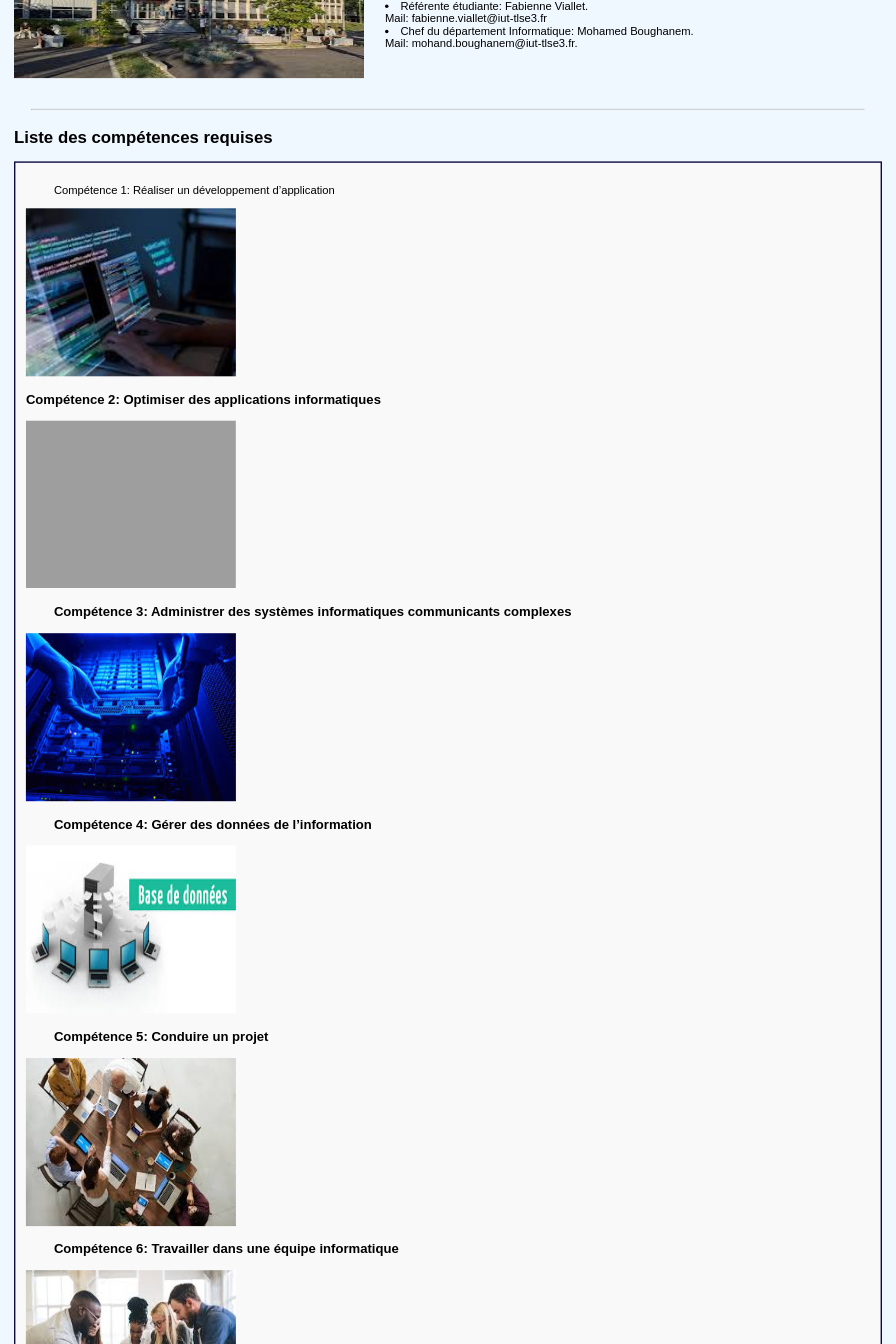
Repository: s0yManar/projet-web-R102
Page: MON.PROJET.HTML&CSS/page.accueil.html
An editor plug-in stored every save of this project. The page is shown before and after a run of saves, followed by the edit.
The browser window is 1280 px wide. The pictures show the part of the page from y = 611 to 2531 px (the page is 3026 px tall before and 3044 px after), at 70% of full size.
Pictures or frames that could not be fetched are drawn as grey boxes.

Above is the page before, as saved 2025-11-26 20:20:25.

### MON.PROJET.HTML&CSS/page.accueil.html
<!DOCTYPE html>
<html lang= "fr">


<head>
    <meta charset="UTF-8">
    <meta name = "viewport" content="width=device-witch, initial-scale=1.0">
    <link rel="stylesheet" href="page-accueil.css">
    <title> Accueil</title>
</head>

<body>
    <header id="header">
        <img src="logo-université.jpg" alt="Université de Toulouse" width="100" height="50">
        <img src="logo-IUT.jpg" alt="Logo de l'IUT de Toulouse" width="80" height="50">
        <img src="logo-but.jpg" alt="logo du BUT" width="50" height="50">
    </header>

    <!--  section reservée à la Historique du BUT: une image sur le BUT à gauche
      et du texte conçu sur le BUT avec un lien vers une source wikipédia  -->

      <div id="descriptif_BUT">
        <div id="descriptif_BUT_img">
            <img src="illustratif.jpg" alt="Image diplome BUT" width="400" height="300">
         </div>

        <h2>  Descriptif général de la formation BUT  </h2>
        <p>Le "bachelor universitaire de technologie" (BUT) est un diplôme de licence professionnelle porté exclusivement par les instituts universitaires de technologie (IUT), sanctionnant une formation organisée en 180 ECTS et conférant le grade de licence. La formation joue aussi un rôle essentiel dans l’adaptation aux transformations futures des métiers : elle permet d’anticiper les évolutions du marché du travail, de développer sa carrière et de répondre à ses propres besoins de qualification. Elle s’inscrit dans une logique d’apprentissage tout au long de la vie, favorisant ainsi l’amélioration continue des compétences. <a href= "https://fr.wikipedia.org/wiki/Bachelor_universitaire_de_technologie"  title="Lien de documentation sur le BUT WIkipédia"> Plus d'informations sur le BUT </a></p>
    </div>

    <hr>

    <section id="article2">
        <!-- section réservée à l'IUT Informatique TR avec photo (quand souris passe, zoom) à gauche,
        du texte à droite et en dessous une LISTE de contact-->
       <div class="contenu_img2">
        <img src="photoIUT.jpg" alt="Photographie de l'IUT site de Rangueil" width="500" height="250" >
        </div>

        <div class="article2.texte">
         <p>L'IUT Informatique Toulouse Rangueil se situe au 133b avenue de Rangueil  </p>
            <h2> Contacts - Service scolarité : </h2>
                <li> Secrétaire: Sabine BESSOU administration. Tél: 05 62 25 87 61 / 05 62 25 87 64
                    <br>
                Mail: sabine.bessou@iut-tlse3.fr </li>
                <li> Référente étudiante: Fabienne Viallet.<br>  Mail:  fabienne.viallet@iut-tlse3.fr
 </li>
                <li> Chef du département Informatique: Mohamed Boughanem. <br>  Mail: mohand.boughanem@iut-tlse3.fr. </li>

     </div>

    </section>

<hr>

    <!--section pour une liste des compétences, contenant une liste de blocs de compétences avec chcunes d'elles illustrées par une image, liste des compétences fondamentales, les blocs doivent être encadrés -->

    <h2> Liste des compétences requises</h2>
<div class="bloc_competences">

     <ol>Compétence 1: Réaliser un développement d’application </ol>
        <img src="compétence1.jpg" alt="Illustration fictive de développement Informatique" width="300" height="240" >



    <h3>  Compétence 2: Optimiser des applications informatiques </h3>
    <img src="compétence2.jpg" alt="Illustration fictive d'optimisation" width="300" height="240">


     <h3> <ol> Compétence 3: Administrer des systèmes informatiques communicants complexes </ol> </h3>
    <img src= "compétence3.jpg" alt="Illustration fictive d'administration systèmes" width="300" height="240" >


     <h3>  <ol> Compétence 4: Gérer des données de l’information </ol>  </h3>
    <img src="compétence_basesdedonnées.jpg" alt=" Illustration fictive de conception de base de données" width="300" height="240">


     <h3> <ol> Compétence 5: Conduire un projet</ol></h3>
    <img src="gestionprojet_jpg.jpg" alt="Illustration fictive" width="300" height="240">


   <h3><ol> Compétence 6: Travailler dans une équipe informatique</ol>
   </h3>
    <img src="collaboration.jpg" alt="Illustration fictive " width="300" height="240" >

</div>



<hr>

<div id="restocrous" content="la vie étudiante" >

     <a href="https://iut.univ-tlse3.fr/des-points-de-restauration-du-crous-dans-vos-campus" title="Portail vers des informations de restauration autour de l'IUT" >
    <img class="affichage_img" src="restocrous.jpg" alt="Photo d'un restaurant universitaire" width="300" height="250" >
    </a>

    <h2> Se restaurer sur le campus de l'IUT de Rangueil ... </h2>
     <p>Quam ob rem vita quidem talis fuit vel fortuna vel gloria, ut nihil posset accedere, moriendi autem sensum celeritas abstulit; quo de genere mortis difficile dictu est; quid homines suspicentur, videtis; hoc vere tamen licet dicere,
 P. Scipioni ex multis diebus, quos in vita celeberrimos.
  Nullam fusce basilico turpis, pretium fusce lasagna justo varius. Aenean espresso ligula elit, sagittis fusce focaccia velit tristique.

    Proin fusce cucina orci, aliquet fusce gelato diam. Donec sapore purus, mattis fusce prosciutto orci imperdiet. Mauris fusce calamari risus, dictum fusce bruschetta lacus fermentum.</p>

</div>



</html>

### MON.PROJET.HTML&CSS/page-accueil.css
/* Style général */
body {
    font-family: Arial, Helvetica, sans-serif;
    margin: 20px;
    background-color: aliceblue;

}

#header {
    display: flex;
    align-items: flex-start;
    gap: 30px;
    padding: 10px;
    border-bottom: 2px solid #bfbfbf;
    background-color: darkblue;
}


/* IMAGE DU BUT À DROITE DANS LA SECTION DESCRIPTIF */
#descriptif_BUT {
    display: flex;
    align-items: center;
    gap: 30px;
    margin-top: 25px;
    margin-bottom: 10px;
}

#descriptif_BUT_img {
    margin-left: 20px;
}

hr {
    margin: 25px ;
    color:darkslategray
}

@media (max-width: 800px) {
    #article2 {
        flex-direction: column;  /* image au-dessus, texte en dessous */
        align-items: center;
        text-align: center;
    }

    .article2.texte{
        max-width: 90%;
    }
}
#article2{
    display: flex;
    align-items: flex-start;
    gap: 30px;
    margin-bottom: 40px;
}

.article2.texte{
    max-width: 500px;
}

.contenu_img2:hover{
transition: transform 0.35s ease;
transform: scale(1.12);
overflow: hidden;
border-radius: 10px;
object-fit: cover;
padding: 30px;

 }



.bloc_competences {
    border: 2px solid #0d0b41;
    background-color: #f9f9f9;
    padding: 15px;
}

/* Image cliquable de la vie étudiante */
.affichage_img {
    display: flex;
    margin-top: 15px;
    border: 1px solid #cfcfcf;
}



#restocrous {
    display: flex;
    align-items: center;
    gap: 15px;
}

After the next 4 saves:
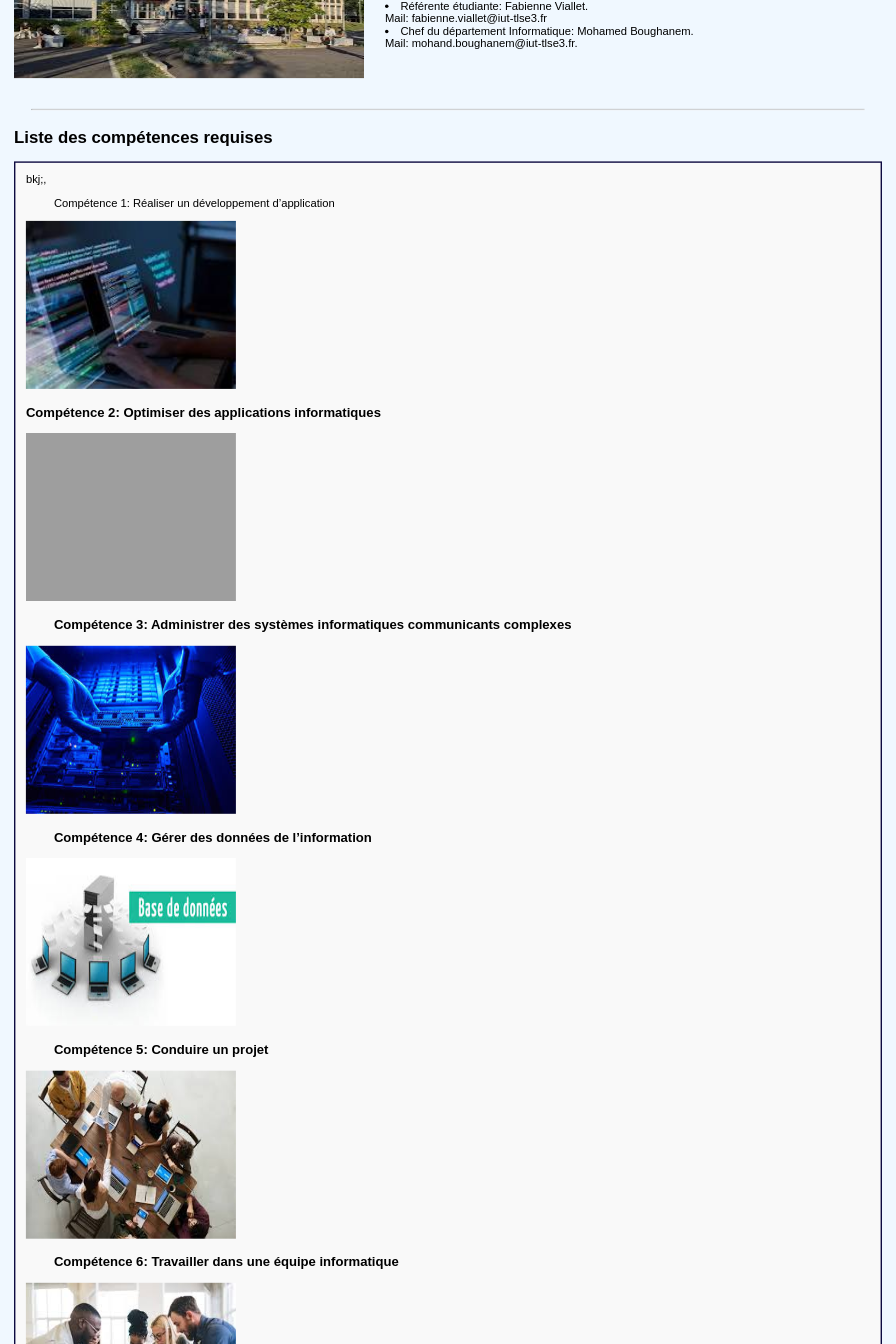
The 4 saves are shown as one change because they came seconds apart.
The last was saved 3 min 10 s later.
--- a/MON.PROJET.HTML&CSS/page.accueil.html
+++ b/MON.PROJET.HTML&CSS/page.accueil.html
@@ -57,6 +57,7 @@
 
     <h2> Liste des compétences requises</h2>
 <div class="bloc_competences">
+bkj;,
 
      <ol>Compétence 1: Réaliser un développement d’application </ol>
         <img src="compétence1.jpg" alt="Illustration fictive de développement Informatique" width="300" height="240" >

After the save that followed:
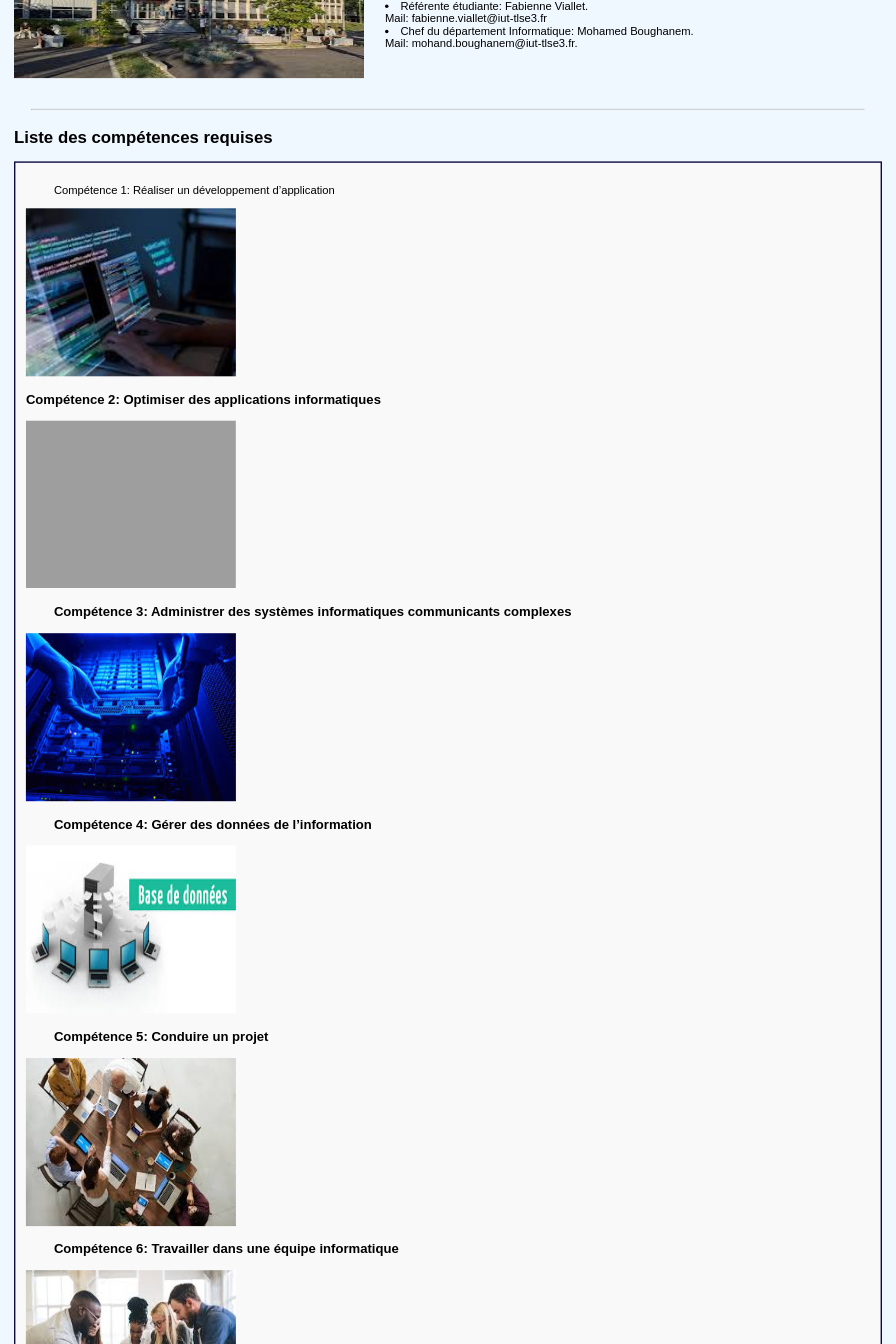
Saved 4 s later.
--- a/MON.PROJET.HTML&CSS/page.accueil.html
+++ b/MON.PROJET.HTML&CSS/page.accueil.html
@@ -57,7 +57,6 @@
 
     <h2> Liste des compétences requises</h2>
 <div class="bloc_competences">
-bkj;,
 
      <ol>Compétence 1: Réaliser un développement d’application </ol>
         <img src="compétence1.jpg" alt="Illustration fictive de développement Informatique" width="300" height="240" >
